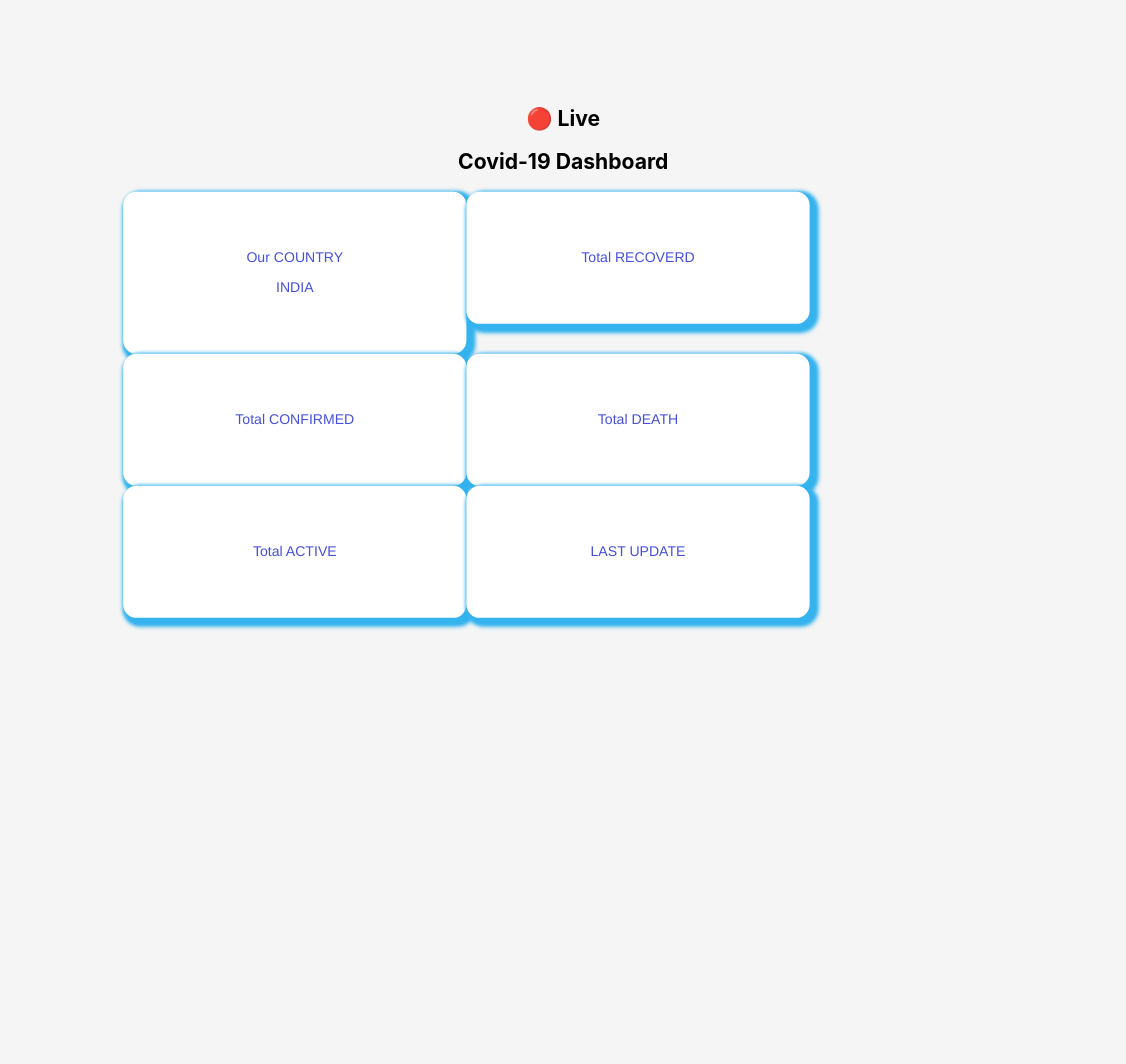
Repository: Aniketlamage/covid19-dashboard
Page: /
An editor plug-in stored every save of this project. The page is shown before and after the next save, followed by the edit.
The browser window is 1280 px wide. The pictures show the whole page, at 88% of full size.
The page's requests for data from a server got no answer. The project was rebuilt for these pictures with package versions that can differ from the ones it lists, and the page was loaded fresh each time. No one was signed in, and anything a server would have sent is missing.

Above is the page before, as saved 2021-09-30 19:56:20.

### src/App.js
import React from 'react'
import Covid from './components/covid';
const App = () => {
return(
<>
<Covid />
</>
)
}

export default App;

### src/components/covid.js
import React, { useEffect, useState } from 'react'
import "./covid.css"

const Covid = () => {
    const [data, setData] =  useState([]);
    const getCovidData = async () =>{
        try{
            const res = await fetch('https://data.covid19india.org/data.json')
            const actualData = await res.json();
            console.log(actualData.statewise[0]);
            setData(actualData.statewise[0]);
           }
        catch(err){console.log(err);}
    }

    useEffect(() => {
        getCovidData ();
    }, []);
return(

<>
<section>

    <h1>🔴 Live </h1>
    <h2>Covid-19 Dashboard</h2>

<ul>
    <li className = "card">
        <div className ="card__main">
            <div className ="card__inner">
                <p className="card__name"><span> Our </span> COUNTRY </p>
                <p classname="card__total card__small">INDIA</p>
            </div>
        </div>
    </li>
    <li className = "card">
        <div className ="card__main">
            <div className ="card__inner">
                <p className="card__name"><span> Total </span> RECOVERD </p>
                <p classname="card__total card__small">{data.recovered}</p>
            </div>
        </div>
    </li><li className = "card">
        <div className ="card__main">
            <div className ="card__inner">
                <p className="card__name"><span> Total </span> CONFIRMED </p>
                <p classname="card__total card__small">{data.confirmed}</p>
            </div>
        </div>
    </li><li className = "card">
        <div className ="card__main">
            <div className ="card__inner">
                <p className="card__name"><span> Total </span> DEATH </p>
                <p classname="card__total card__small">{data.deaths}</p>
            </div>
        </div>
    </li><li className = "card">
        <div className ="card__main">
            <div className ="card__inner">
                <p className="card__name"><span> Total </span> ACTIVE </p>
                <p classname="card__total card__small">{data.active}</p>
            </div>
        </div>
    </li><li className = "card">
        <div className ="card__main">
            <div className ="card__inner">
                <p className="card__name"><span> LAST </span> UPDATE </p>
                <p classname="card__total card__small">{ data.lastupdatedtime}</p>
            </div>
        </div>
    </li>
</ul>
</section>
</>

)

}
export default Covid;

### src/components/covid.css

/*  Basic Styling */
.main,body {
    background-color: whitesmoke;
    padding: 100px;
    text-align: center;
    min-height: 100ch;
    align-items: center;

}

h1,h2{

    color: black;
}

p {
    color: #4650dd;
    font-family: 'Franklin Gothic Medium', 'Arial Narrow', Arial, sans-serif;
}

ul{
    list-style-type:none;
    display: flex;
    flex-wrap: wrap;
}
div.card__main {
    background-color: white;
    border-radius: 15px;
    width: 290px;
    padding: 50px;
    margin: 0;
    align-items: center;
    box-shadow: 4px 4px 4px 4px #35b3ee, 5px 5px 5px 5px #35b3ee;
 }



.card_name{
    font-size: 25px;
    font-weight: bold;
}

.card_name span {
    font-size: 15px;
}

.card_total {

    font-size: 20px;
    font-weight: bold;

}
.card__small {
    font-size: 80px;
}
@media (max-width: 500px)
{
    .card_total{font-size: 70px;}
}
@media (max-width: 500px)
{
    .card{
        width: 100%;
        height: 290px;
        margin-right: 0;
        float: none;
    }
    .card .card__inner,
    .card .card__back{
        height: 290px;
    }
}

.card {
    transition: transform .3s;
  }

  .card :hover {
    transition: transform .3s;
    -ms-transform: scale(1.2);
    -webkit-transform: scale(1.2);
    transform: scale(1.2);
  }

Loaded but not shown: public/index.html (common file); src/index.js (common file); src/index.css (common file); src/reportWebVitals.js (common file)

After the next save:
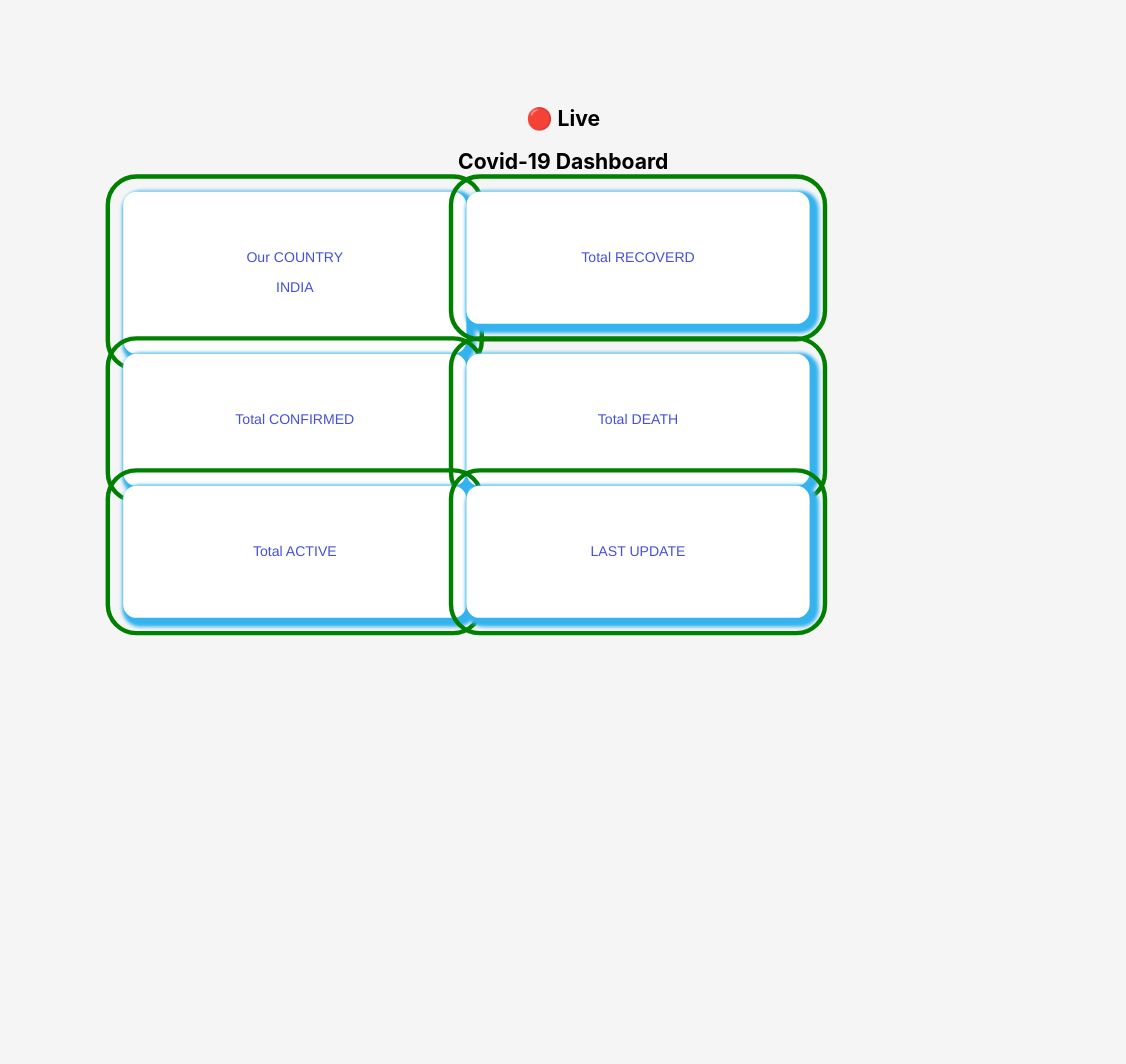
Saved 2 min 14 s later.
--- a/src/components/covid.css
+++ b/src/components/covid.css
@@ -32,6 +32,8 @@
     margin: 0;
     align-items: center;
     box-shadow: 4px 4px 4px 4px #35b3ee, 5px 5px 5px 5px #35b3ee;
+    outline: 5px solid green;
+    outline-offset: 15px;
  }
 
 

After the save that followed:
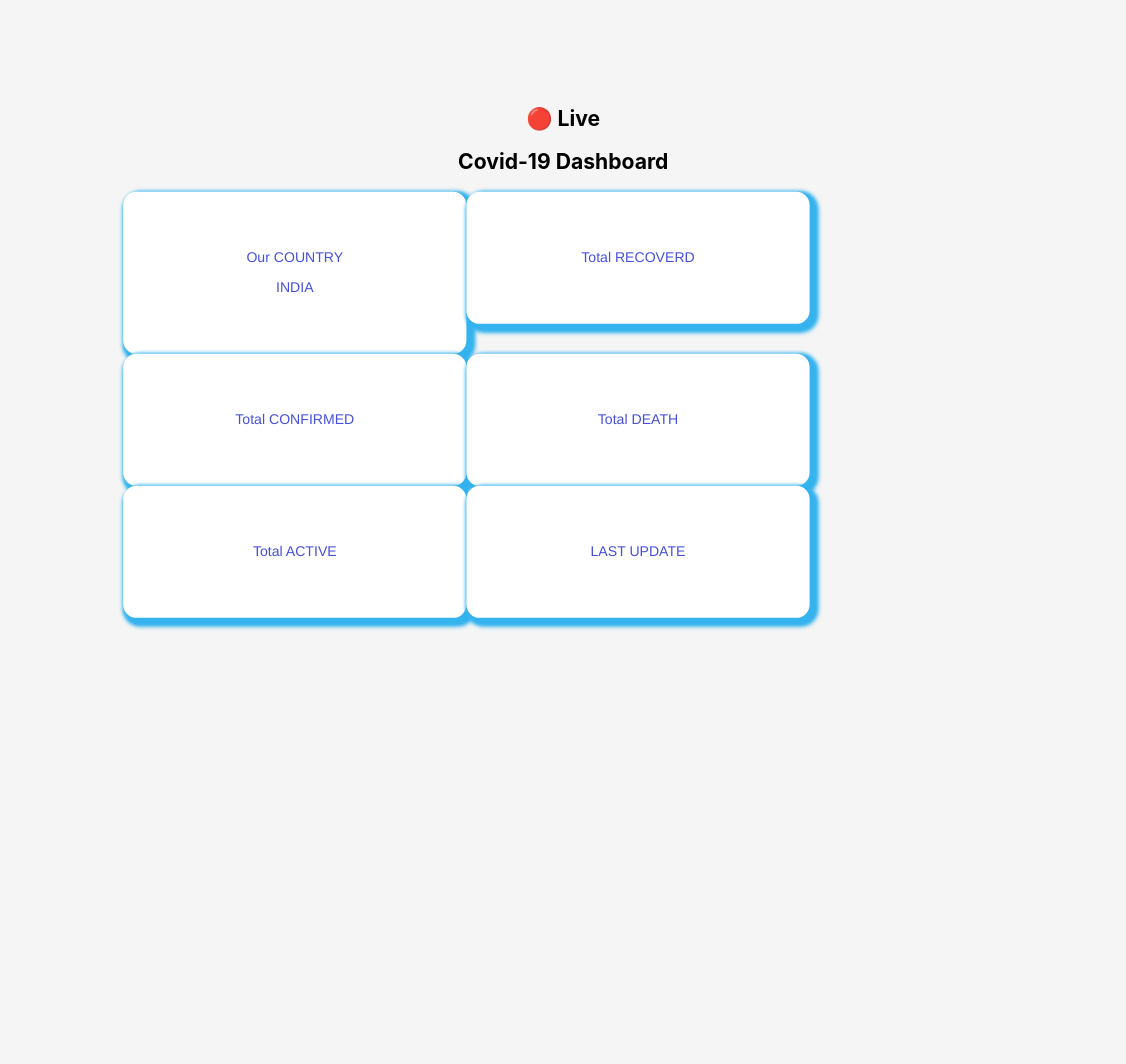
Saved 20 s later.
--- a/src/components/covid.css
+++ b/src/components/covid.css
@@ -32,8 +32,6 @@
     margin: 0;
     align-items: center;
     box-shadow: 4px 4px 4px 4px #35b3ee, 5px 5px 5px 5px #35b3ee;
-    outline: 5px solid green;
-    outline-offset: 15px;
  }
 
 
